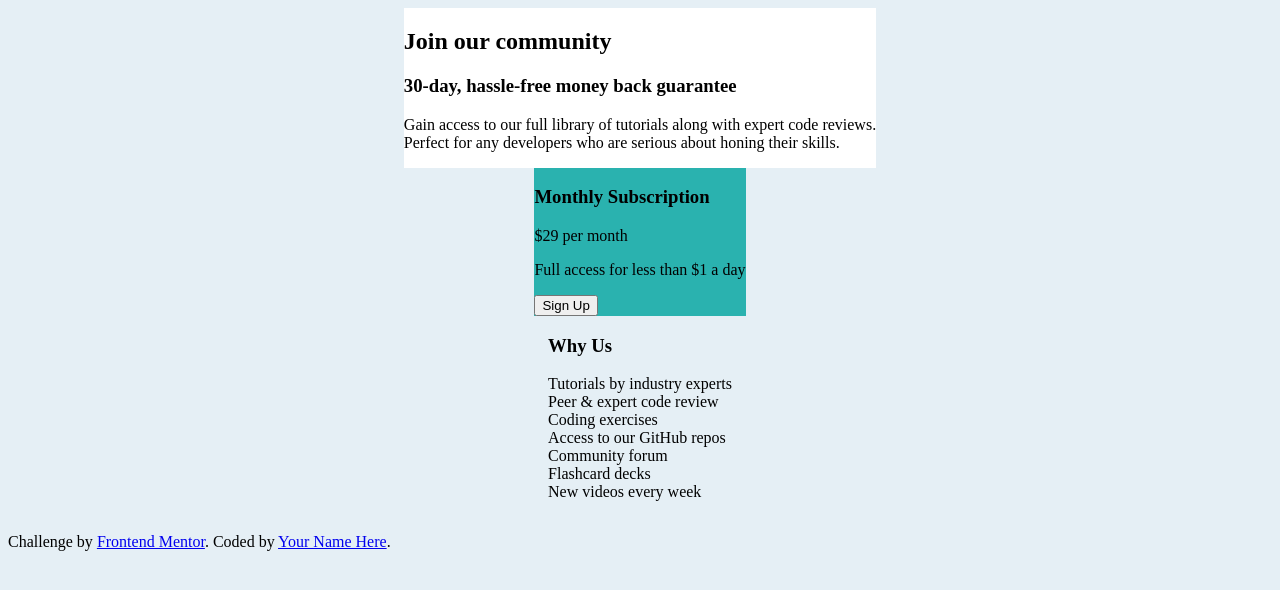
Repository: jminervino/PriceGridComponent
Page: index.html
The author's editor kept a copy of each file at every save. The page is drawn from the files as they stood at one save, then again after a run of saves.
The browser window is 1280 px wide. The pictures show the whole page.

Above is the page before, as saved 2022-02-07 10:48:39.

After the next 2 saves:
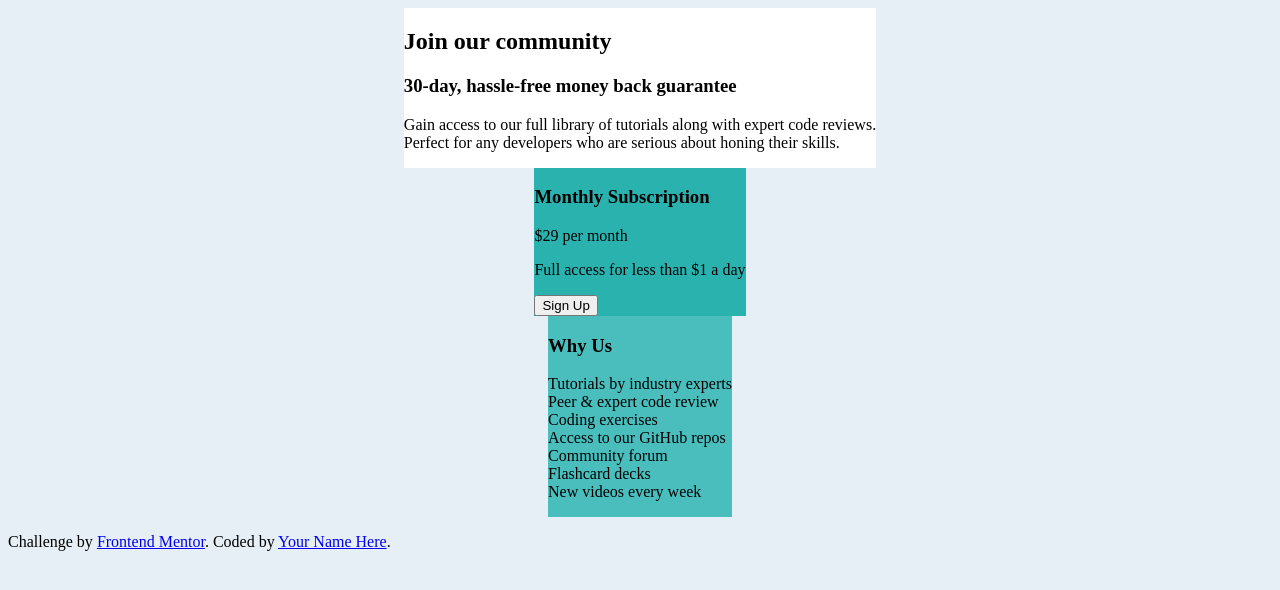
The 2 saves are shown as one change because they came seconds apart.
The last was saved 12 s later.
--- a/style.css
+++ b/style.css
@@ -15,11 +15,10 @@ body {
     background-color: #ffffff;
 }
 
-
 .box-two {
     background-color: hsl(179, 62%, 43%);
 }
 
-.item-two {
+.box-three {
     background-color: #4abebd;
 }
